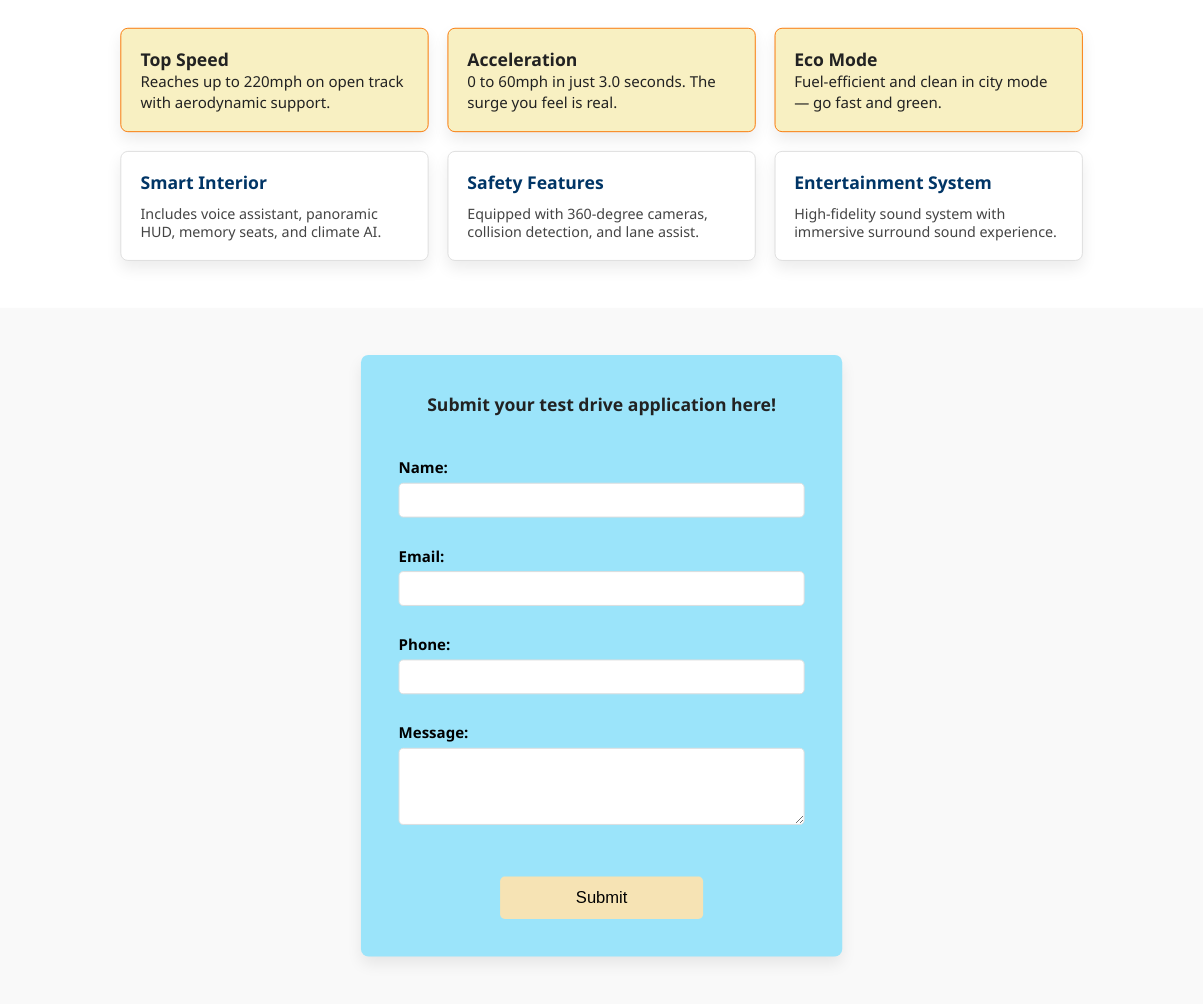
Repository: JiaheSu22/vrooom-responsive-main
Page: index.html
These files come from the project's save history. The page is drawn as it stood at one moment and after the next save; the edit follows.
The browser window is 1280 px wide. The pictures show the part of the page from y = 740 to 1808 px (the page is 1808 px tall), at 94% of full size.
A picture or video elsewhere on the page could not be fetched, so the positions and the page height are approximate.

Above is the page before, as saved 2025-04-11 15:15:55.

### index.html
<!DOCTYPE html>
<html lang="en">

<head>
  <meta charset="UTF-8">
  <title>Vrooom — Barracuda X10</title>
  <style>
    * {
      box-sizing: border-box;
      margin: 0;
      padding: 0;
    }

    body {
      font-family: 'Segoe UI', sans-serif;
      background-color: #f9f9f9;
      color: #222;
    }

    /* HERO SECTION */
    .hero {
      position: relative;
      height: 100vh;
      width: 100%;
      background-image: url('assets/mercedes-vision-avtr.webp');
      background-repeat: no-repeat;
      background-size: cover;
      background-position: center;
      overflow: hidden;
    }

    /* Optional dark overlay for unifying text+video contrast */
    .hero::before {
      content: "";
      position: absolute;
      inset: 0;
      background: linear-gradient(to right, rgba(0, 0, 0, 0.7), rgba(0, 0, 0, 0.1));
      z-index: 0;
    }

    /* Logo - slightly rotated, floating */
    .hero-logo {
      position: absolute;
      left: 2px;
      width: 30%;
      transform: rotate(-8deg);
      z-index: 0;
    }

    .hero-logo img {
      width: 100%;
    }

    /* Rotated text box */
    .hero-text {
      position: absolute;
      bottom: 3%;
      left: 5%;
      background: rgba(255, 255, 255, 0.1);
      padding: 30px;
      border-left: 6px solid #f6e3b4;
      border-radius: 10px;
      backdrop-filter: blur(1px);
      z-index: 0;

    }

    .hero-text h1 {
      font-size: 3em;
      color: #a0fcf7;
      margin-bottom: 10px;
    }

    .hero-text p {
      font-size: 1.2em;
      color: #fff;
    }

    /* Tilted video box */
    .hero-video {
      position: absolute;
      top: auto;
      bottom: 20px;
      right: 20px;
      box-shadow: 0 10px 20px rgba(0, 0, 0, 0.6);
      z-index: 0;
      border-radius: 5px;
      overflow: hidden;
      transition: transform 0.3s ease;
    }

    .hero-video:hover {
      transform: scale(1.3);
    }

    .hero-video video {
      width: 100%;
      display: block;
      border-radius: 2px;
    }

    /* CARD SECTION */
    .card-section {
      display: flex;
      flex-wrap: wrap;
      justify-content: center;
      gap: 20px;
      padding: 50px 10%;
      background-color: #ffffff;
    }

    .top-card {
      background: rgb(248, 240, 194);
      border: 1px solid #f97705;
      border-radius: 8px;
      box-shadow: 0 8px 16px rgba(0, 0, 0, 0.08);
      padding: 20px;
      width: 32%;
      transition: transform 0.3s ease;
    }

    .card {
      background: white;
      border: 1px solid #ddd;
      border-radius: 8px;
      box-shadow: 0 8px 16px rgba(0, 0, 0, 0.08);
      width: 32%;
      padding: 20px;
      transition: transform 0.3s ease;
    }

    .top-card:hover {
      transform: translateY(10px);
      box-shadow: 0 12px 24px rgba(101, 247, 205, 0.1);
    }

    .card:hover {
      transform: translateY(-5px);
      box-shadow: 0 12px 24px rgba(0, 0, 0, 0.1);
    }

    .card h3 {
      margin-bottom: 10px;
      color: #003566;
    }

    .card p {
      font-size: 0.95em;
      color: #444;
    }

    .form-section {
      display: flex;
      flex-direction: column;
      background: #f9f9f9;
      padding: 50px 10%;
      text-align: center;
    }

    .form-section form {
      display: flex;
      flex-direction: column;
      background: rgb(155, 228, 250);
      border-radius: 8px;
      box-shadow: 0 8px 16px rgba(0, 0, 0, 0.08);
      width: 50%;
      padding: 40px;
      margin: auto;
    }

    .form-section label {
      display: flex;
      font-weight: bold;
      margin-bottom: 5px;
      color: #000000;
    }

    .form-section input,
    textarea {
      width: 100%;
      padding: 10px;
      border: 1px solid #ddd;
      border-radius: 5px;
      margin-bottom: 15px;
    }

    .form-section .form {
      margin-bottom: 15px;
    }

    .form-section button {
      margin: auto;
      background: #f6e3b4;
      color: #000000;
      border: none;
      padding: 12px 25px;
      border-radius: 5px;
      cursor: pointer;
      font-size: 1.1em;
      width: 50%;
      margin-top: 20px;
      transition: background 0.3s ease;
    }

    .form-section button:hover {
      background: #f97705;
      color: #fff;
    }


    /* Responsive Adjustments */
    @media (max-width: 768px) {
      .hero-text {
        position: static;
        margin: 20px auto;
        background: rgba(0, 0, 0, 0.7);
        text-align: center;
      }

      .hero-video {
        position: static;
        width: 90%;
        margin: 20px auto;
      }

      .card-section {

        align-items: center;
        padding: 30px 5%;
      }
    }
  </style>
</head>

<body>

  <!-- HERO SECTION -->
  <section class="hero">

    <!-- Logo -->
    <div class="hero-logo">
      <img src="assets/logo-enh.png" alt="Vrooom Logo">
    </div>

    <!-- Text -->
    <div class="hero-text">
      <h1>Mercedes Vision AVTR</h1>
      <p>A marriage between art and science.</p>
    </div>

    <!-- Video -->
    <div class="hero-video">
      <video autoplay loop muted>
        <source src="assets/avtr-demo.mp4" type="video/mp4">
        Your browser does not support the video tag.
      </video>
    </div>

  </section>

  <!-- CARD SECTION -->
  <section class="card-section">
    <div class="top-card">
      <h3>Top Speed</h3>
      <p>Reaches up to 220mph on open track with aerodynamic support.</p>
    </div>
    <div class="top-card">
      <h3>Acceleration</h3>
      <p>0 to 60mph in just 3.0 seconds. The surge you feel is real.</p>
    </div>
    <div class="top-card">
      <h3>Eco Mode</h3>
      <p>Fuel-efficient and clean in city mode — go fast and green.</p>
    </div>
    <div class="card">
      <h3>Smart Interior</h3>
      <p>Includes voice assistant, panoramic HUD, memory seats, and climate AI.</p>
    </div>
    <div class="card">
      <h3>Safety Features</h3>
      <p>Equipped with 360-degree cameras, collision detection, and lane assist.</p>
    </div>
    <div class="card">
      <h3>Entertainment System</h3>
      <p>High-fidelity sound system with immersive surround sound experience.</p>
    </div>
  </section>

  <section class="form-section">
    <form action="">
      <h3>Submit your test drive application here!</h3> <br><br>
      <div class="form">
        <label for="name">Name:</label>
        <input type="text" id="name" name="name" required>
      </div>
      <div class="form">
        <label for="email">Email:</label>
        <input type="email" id="email" name="email" required>
      </div>
      <div class="form">
        <label for="phone">Phone:</label>
        <input type="tel" id="phone" name="phone" required>
      </div>
      <div class="form">
        <label for="message">Message:</label>
        <textarea id="message" name="message" rows="4" required></textarea>
      </div>
      <button type="submit">Submit</button>
    </form>
  </section>
</body>

</html>

After the next save:
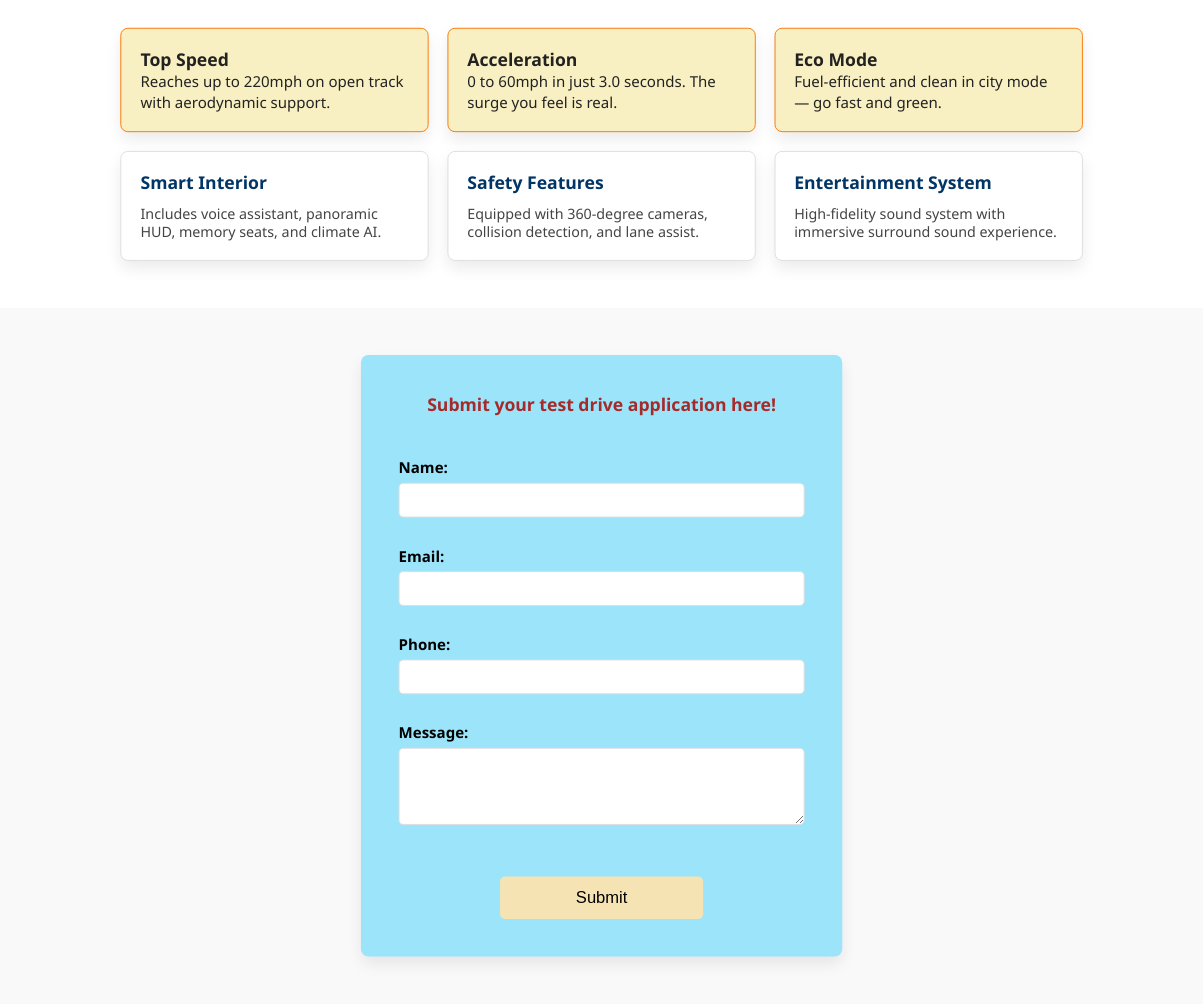
Saved 31 s later.
--- a/index.html
+++ b/index.html
@@ -288,7 +288,7 @@
 
   <section class="form-section">
     <form action="">
-      <h3>Submit your test drive application here!</h3> <br><br>
+      <h3 style="color: brown;">Submit your test drive application here!</h3> <br><br>
       <div class="form">
         <label for="name">Name:</label>
         <input type="text" id="name" name="name" required>
